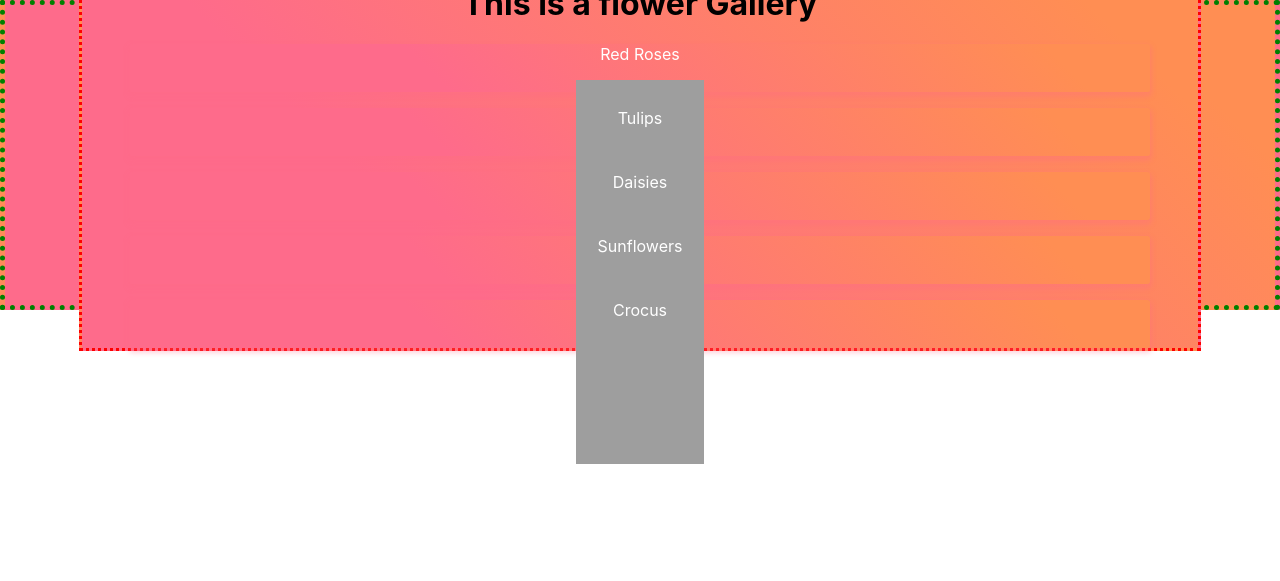
Repository: DevLuDaley/react-flower-shop
Page: /
An editor plug-in stored every save of this project. The page is shown before and after the next save, followed by the edit.
The browser window is 1280 px wide. The pictures show the whole page.
Pictures or frames that could not be fetched are drawn as grey boxes. The project was rebuilt for these pictures with package versions that can differ from the ones it lists, and the page was loaded fresh each time.

Above is the page before, as saved 2021-02-19 22:05:33.

### src/App.js
// import './App.css';
import Grid from '@material-ui/core/Grid';
import Container from '@material-ui/core/Container';
import { makeStyles } from '@material-ui/core/styles';

// // or
// import { Grid } from '@material-ui/core';
//  import FlowerGallery from './components/FlowerGallery'
 import FlowersContainer from './Containers/FlowersContainer'


const useStyles = makeStyles({
  root: {
    background: 'linear-gradient(45deg, #FE6B8B 30%, #FF8E53 90%)',
    display: 'flex',
    justifyContent: 'center',
    alignItems: 'center',
    textAlign: 'center',
    height: '200px',
    border: '5px dotted green',
    padding: '50px'
  },
});

function App() {
  const classes = useStyles();
  return (
    <Grid className={classes.root}>
      <Container>
      <FlowersContainer/>
        {/* <FlowerGallery/> */}
      </Container>
    </Grid>
  );
}

export default App;

### src/Containers/FlowersContainer.js
import React from 'react';
import Grid from '@material-ui/core/Grid';
import Container from '@material-ui/core/Container';
import { makeStyles } from '@material-ui/core/styles';


import FlowerGallery from '../components/FlowerGallery'


const useStyles = makeStyles({
  root: {
    background: 'linear-gradient(45deg, #FE6B8B 30%, #FF8E53 90%)',
    // border: 0,
    // borderRadius: 3,
    // boxShadow: '0 3px 5px 2px rgba(255, 105, 135, .3)',
    // color: 'white',
    // height: "auto",
    // padding: '0 30px',
    // display: 'flex',
    justifyContent: 'center',
    alignItems: 'center',
    textAlign: 'center',
    // height: '200px',
    border: '3px dotted red'
  },
});


const FlowersContainer = () => {
    const classes = useStyles();
    return (

        <Grid>
            <Container className={classes.root}>
                <FlowerGallery/>
            </Container>
        </Grid>


     );
}

export default FlowersContainer;

### src/components/FlowerGallery.js
import React from 'react';
import { makeStyles } from '@material-ui/core/styles';

// import FlowerGalleryStyles from './FlowerGalleryStyles'
// import Button from materialmaterial
import Button from '@material-ui/core/Button';
import Container from '@material-ui/core/Container';

// const useStyles = makeStyles({
//   root: {
//     background: 'linear-gradient(45deg, #FE6B8B 30%, #FF8E53 90%)',
//     border: 0,
//     borderRadius: 3,
//     boxShadow: '0 3px 5px 2px rgba(255, 105, 135, .3)',
//     color: 'white',
//     // height: 48,
//     padding: '0 30px',
//     margin: '15 0'
//   },
// });

const useStyles = makeStyles({
  root: {
    background: 'linear-gradient(45deg, #FE6B8B 30%, #FF8E53 90%)',
    border: 0,
    borderRadius: 3,
    boxShadow: '0 3px 5px 2px rgba(255, 105, 135, .3)',
    color: 'white',
    height: 48,
    padding: '0 30px',
    margin: '15 0'
  },
});

const FlowerGallery = () => {
      const classes = useStyles();
    // const classes = FlowerGalleryStyles()

const flowerList = [
  {
    id: 1,
    name: 'Red Roses',
    imageUrl: 'https://images.unsplash.com/photo-1548094967-e25a127d1f6d?ixid=MXwxMjA3fDB8MHxwaG90by1wYWdlfHx8fGVufDB8fHw%3D&ixlib=rb-1.2.1&auto=format&fit=crop&w=1137&q=80',
    rating: 5,
    alt: 'red-roses'},
  {
    id: 2,
    name: 'Tulips',
    imageUrl: 'https://images.unsplash.com/photo-1610444028097-40d9858bb44f?ixid=MXwxMjA3fDB8MHxwaG90by1wYWdlfHx8fGVufDB8fHw%3D&ixlib=rb-1.2.1&auto=format&fit=crop&w=1234&q=80',
    rating: 4,
    alt: 'tulips'},
  {
    id: 3,
    name: 'Daisies',
    imageUrl: 'https://images.unsplash.com/photo-1607061868914-e38515be98cb?ixid=MXwxMjA3fDB8MHxwaG90by1wYWdlfHx8fGVufDB8fHw%3D&ixlib=rb-1.2.1&auto=format&fit=crop&w=1091&q=80',
    rating: 4,
    alt: ''},

  {
    id: 4,
    name: 'Sunflowers',
    imageUrl: 'https://images.unsplash.com/photo-1598459832065-1e43b2283799?ixid=MXwxMjA3fDB8MHxzZWFyY2h8Nnx8c3VuZmxvd2VyJTIwYm9xdWV0fGVufDB8fDB8&ixlib=rb-1.2.1&auto=format&fit=crop&w=1200&q=60',
    rating: 5,
    alt: ''},
  {
    id: 5,
    name: 'Crocus',
    imageUrl: 'public/images/red-roses-bhttps://images.unsplash.com/photo-1488979246948-f4b573b1fae8?ixid=MXwxMjA3fDB8MHxzZWFyY2h8NXx8Y3JvY3VzfGVufDB8fDB8&ixlib=rb-1.2.1&auto=format&fit=crop&w=1200&q=60',
    rating: 5,
    alt: ''}

]

    return (
        <Container>
        <h1>This is a flower Gallery</h1>
        <section>
        {flowerList ? flowerList.map(flower =>
          <div className={classes.root}>
              <p>{flower.name}</p>
              <img src={flower.imageUrl} alt={flower.alt} style={{width:"128px", height: "128px"}}></img>
          </div>
        )
        : <p className="no-data-message"> No Flowers Yet</p>
        }


        </section>
        {/* <Button className={classes.root}>Hook</Button>
        <Button variant="contained" color="primary">Hook</Button> */}
      </Container>
      );
}

export default FlowerGallery;
// FlowerGalleryStyles

Loaded but not shown: public/index.html (common file); src/index.js (common file); src/index.css (common file); src/reportWebVitals.js (common file)

After the next save:
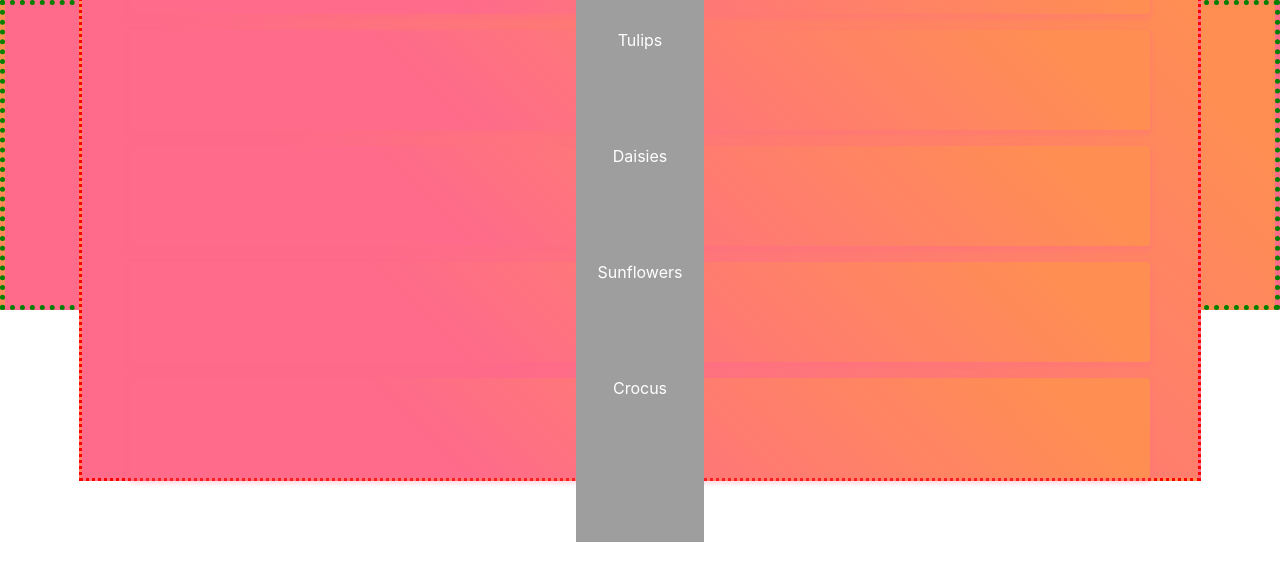
Saved 7 s later.
--- a/src/components/FlowerGallery.js
+++ b/src/components/FlowerGallery.js
@@ -26,7 +26,7 @@ const useStyles = makeStyles({
     borderRadius: 3,
     boxShadow: '0 3px 5px 2px rgba(255, 105, 135, .3)',
     color: 'white',
-    height: 48,
+    height: 100,
     padding: '0 30px',
     margin: '15 0'
   },
